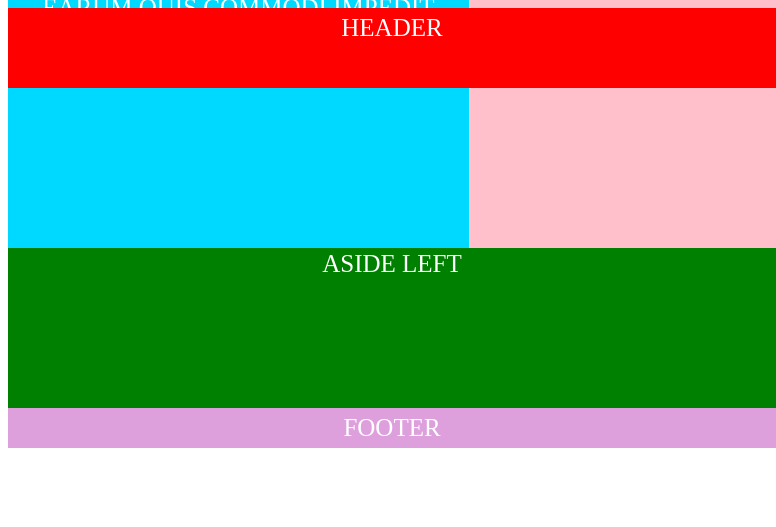
Repository: magdaf41/CSS
Page: zadanie_7/index.html
These files come from the project's save history. The page is drawn as it stood at one moment and after the next save; the edit follows.
The browser window is 768 px wide. The page is 776 px wide, so the pictures cover 776 px, including what lies to the right of the window. The pictures show the whole page.

Above is the page before, as saved 2020-08-24 21:08:08.

After the next save:
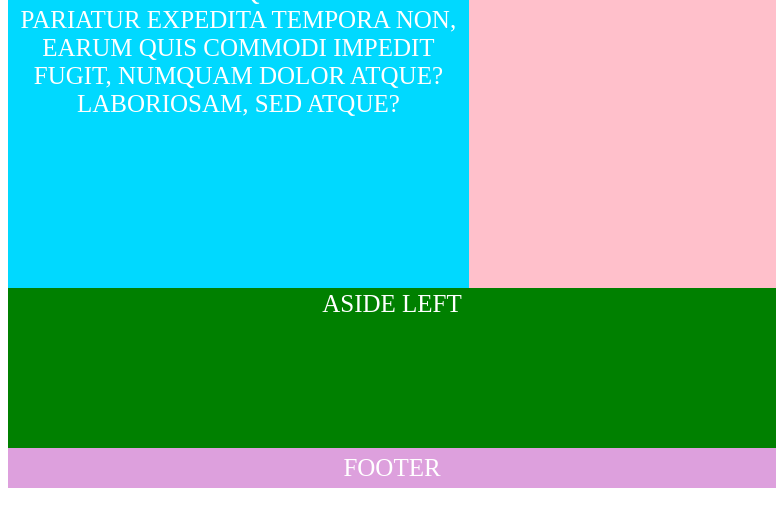
Saved 59 s later.
--- a/zadanie_7/css/style.css
+++ b/zadanie_7/css/style.css
@@ -21,8 +21,8 @@ h1{
     font-weight: normal;
     margin: auto;
     padding: 6px 0;
-    position: fixed;
 }
+
 p{
     background-color: rgb(0, 217, 255);
     width: 50%;
@@ -49,6 +49,10 @@ footer{
 }
 
 @media screen and (max-width: 768px){
+
+    h1{
+        height: 10%;
+    }
     #container{
         flex-wrap: wrap-reverse;
         height: 100%;
